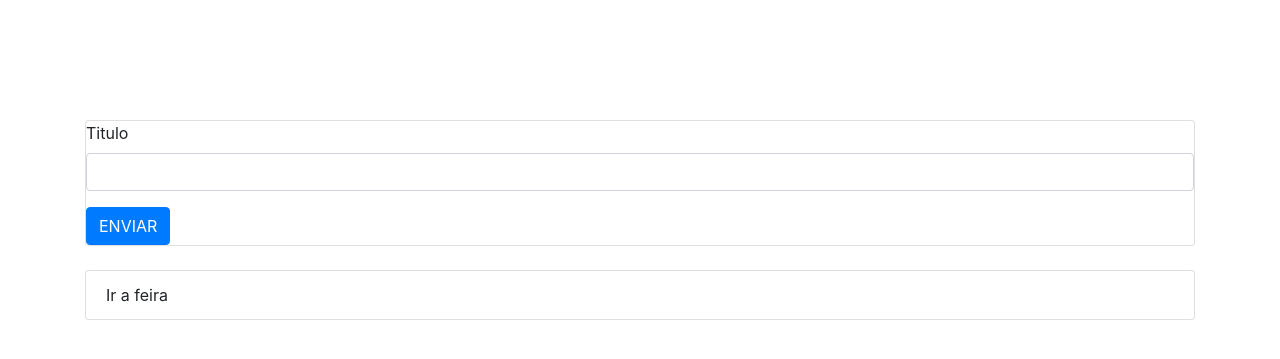
Repository: wolwerr/VueJs-Ninja
Page: Aula-15.html
These files come from the project's save history. The page is drawn as it stood at one moment and after the next save; the edit follows.
The browser window is 1280 px wide. The pictures show the whole page.

Above is the page before, as saved 2021-10-26 00:36:59.

### Aula-15.html
<!DOCTYPE html>
<html lang="en">
<head>
    <meta charset="UTF-8">
    <meta http-equiv="X-UA-Compatible" content="IE=edge">
    <meta name="viewport" content="width=device-width, initial-scale=1.0">
    <meta http-equiv="X-UA-Compatible" content="IE=edge">
    <title>Aulas de Vuejs</title>
    <link rel="stylesheet" href="https://maxcdn.bootstrapcdn.com/bootstrap/4.0.0/css/bootstrap.min.css" integrity="sha384-Gn5384xqQ1aoWXA+058RXPxPg6fy4IWvTNh0E263XmFcJlSAwiGgFAW/dAiS6JXm" crossorigin="anonymous">
</head>
<body>
    <div id="app">
        <br><br><br><br><br>
        <div class="container">
            <input-form></input-form>

            <br>

            <my-list></my-list>

        </div>
        </div>

            <template id="form">
            <div class="card">
                <div class="card-block">
                    <div class="form-group">
                        <label for="">Titulo</label>
                        <input v-model="title"
                                type="text" class="form-control">
                    </div>
                        <button @click.stop.prevent="submit()"
                                class="btn btn-primary">ENVIAR</button>
                </div>
                </div>
            </template>

        <template id="list">
        <ul class="list-group">
            <li v-for="(item, index) in list"
                class="list-group-item">{{ item.title }}</li>

        </ul>

        </template>



    <script src="https://unpkg.com/vue"></script>

    <script>

        Vue.component('input-form', {
            template: "#form",
            data() {
                return {
                    title: '',
                }
            },
            method:{
                submit(){
                    this.$eventHub.$emit('submit', this.title);
                }
            }
        });

        Vue.component('my-list', {
            template: "#list",
            created(){
                var vm = this;
                this.eventHub.$on('submit', function(title) {
                    if (title) {
                        vm.list.push({ title: title });
                    }
                });
            },
            data(){
                return {
                    list:[
                        { title: "Ir a feira"},
                    ]
                }
            },
        });

        //var eventBus = new Vue();
        Vue.prototype.$eventHub = new Vue();

        var app = new Vue({
            el: "#app",

            data: {
                titulo: "Aulas de Vuejs",


            }
        });
    </script>
</body>
</html>

After the next save:
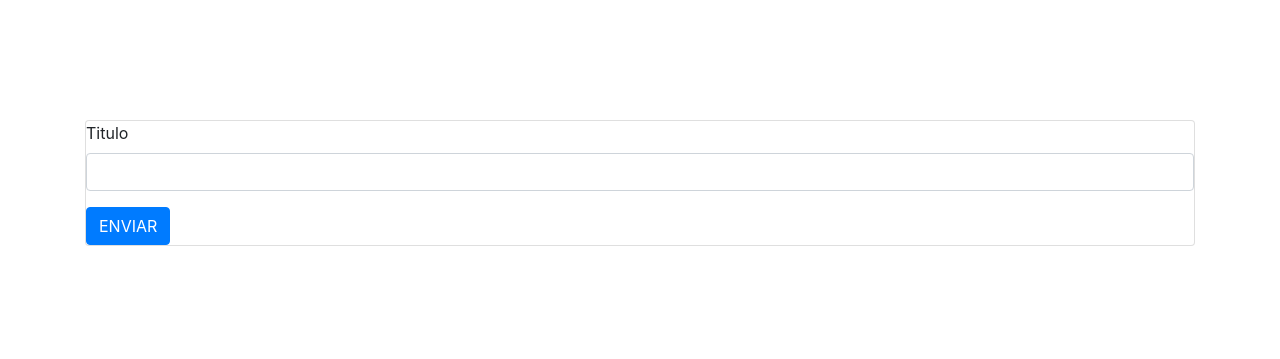
Saved 75 s later.
--- a/Aula-15.html
+++ b/Aula-15.html
@@ -64,7 +64,7 @@
             }
         });
 
-        Vue.component('my-list', {
+        Vue.component('list', {
             template: "#list",
             created(){
                 var vm = this;

After the save that followed:
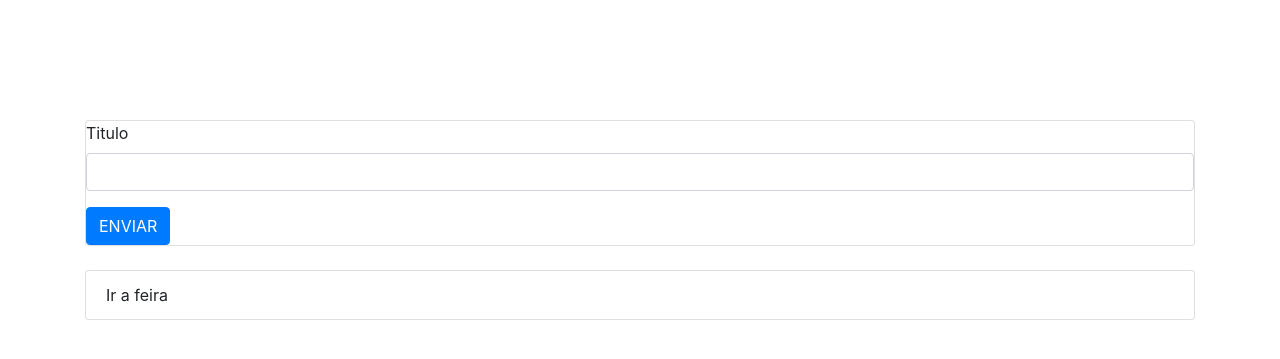
Saved 108 s later.
--- a/Aula-15.html
+++ b/Aula-15.html
@@ -16,7 +16,7 @@
 
             <br>
 
-            <my-list></my-list>
+            <list></list>
 
         </div>
         </div>
